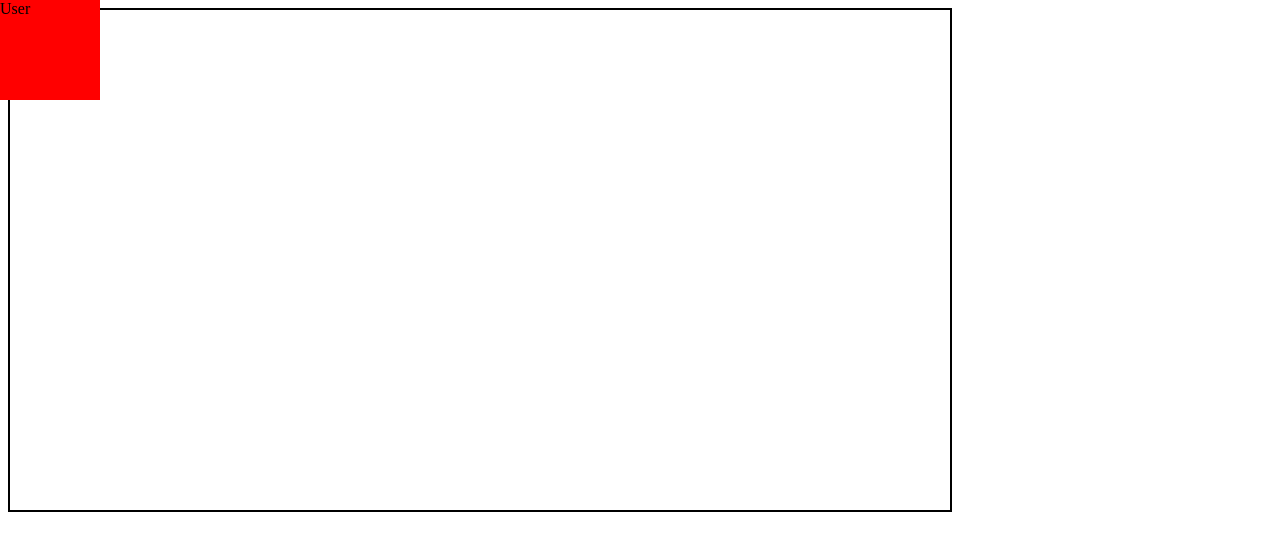
Repository: AndreyMykulych/javascript
Page: 10/indexOne.html
The author's editor kept a copy of each file at every save. The page is drawn from the files as they stood at one save, then again after the next save.
The browser window is 1280 px wide. The pictures show the whole page.

Above is the page before, as saved 2023-04-26 23:27:36.

### 10/indexOne.html
<!DOCTYPE html>
<html lang="en">
<head>
    <meta charset="UTF-8">
    <meta http-equiv="X-UA-Compatible" content="IE=edge">
    <meta name="viewport" content="width=device-width, initial-scale=1.0">
    <title>Document</title>
</head>
<script src="one.js"></script>
<body>
    <div class="block">
        <div class="moveBlock">
            User
        </div>
    </div>
</body>
</html>

### 10/one.js
window.onload = () => {
    //1) створрити блок який рухається всередині сторінки при натисканні стрілок на клавіатурі
    let moveElement = document.querySelector('.moveBlock');
    moveElement.style.backgroundColor = 'red'
    moveElement.style.width = '100px'
    moveElement.style.height = '100px'

    let block = document.querySelector('.block');
    block.style.width = '940px'
    block.style.height = '500px'
    block.style.border = '2px solid black'
    let main = document.querySelector('body')

    moveElement.style.top = 0;
    moveElement.style.left = 0;
    moveElement.style.position = 'absolute'

    let x = 0;
    let y = 0;

    let xMove = 10;
    let yMove = 10;

   main.addEventListener('keydown', function (e) {
        console.log(e)
        if (e.code === "ArrowRight") {
            x = x + xMove;
            moveElement.style.left = x + 'px'
            moveElement.innerHTML = `X = ${x} Y =${y}`
        }
       else if (e.code === "ArrowDown") {
            y = y + yMove;
            moveElement.style.top = x + 'px'
            moveElement.innerHTML = `X = ${x} Y =${y}`
        }
        else if (e.code === "ArrowLeft") {
            x = x - xMove;
            moveElement.style.left = x + 'px'
            moveElement.innerHTML = `X = ${x} Y =${y}`
        }
        else if (e.code === "ArrowUp") {
            y = y - yMove;
            moveElement.style.top = y + 'px'
            moveElement.innerHTML = `X = ${x} Y =${y}`
        }
    })
}

After the next save:
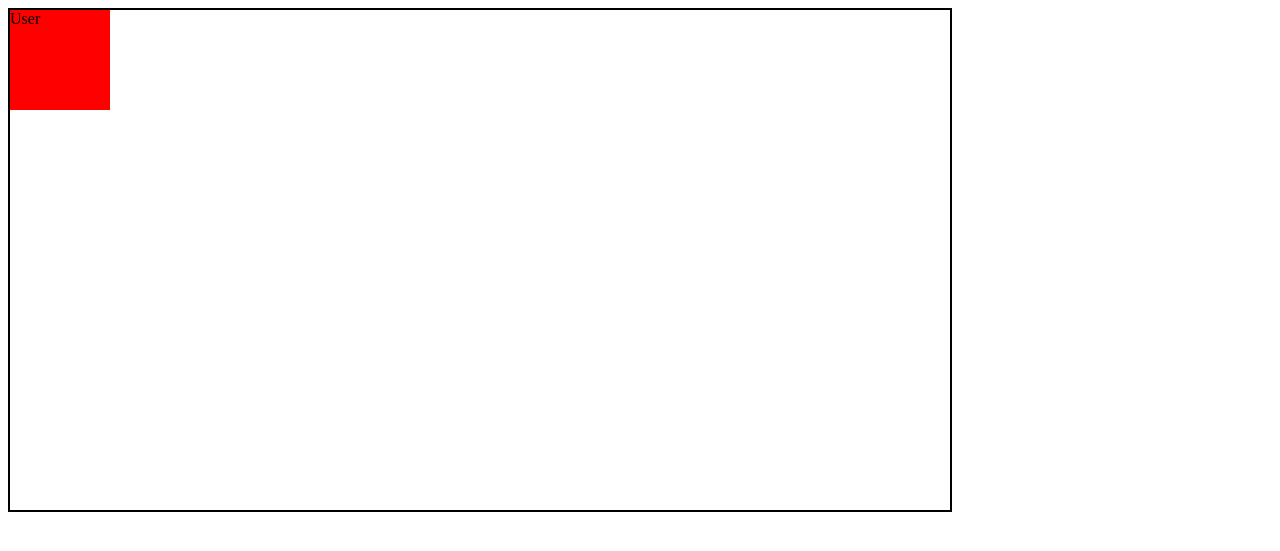
Saved 23 s later.
--- a/10/one.js
+++ b/10/one.js
@@ -9,6 +9,7 @@ window.onload = () => {
     block.style.width = '940px'
     block.style.height = '500px'
     block.style.border = '2px solid black'
+    block.style.position = 'relative'
     let main = document.querySelector('body')
 
     moveElement.style.top = 0;
